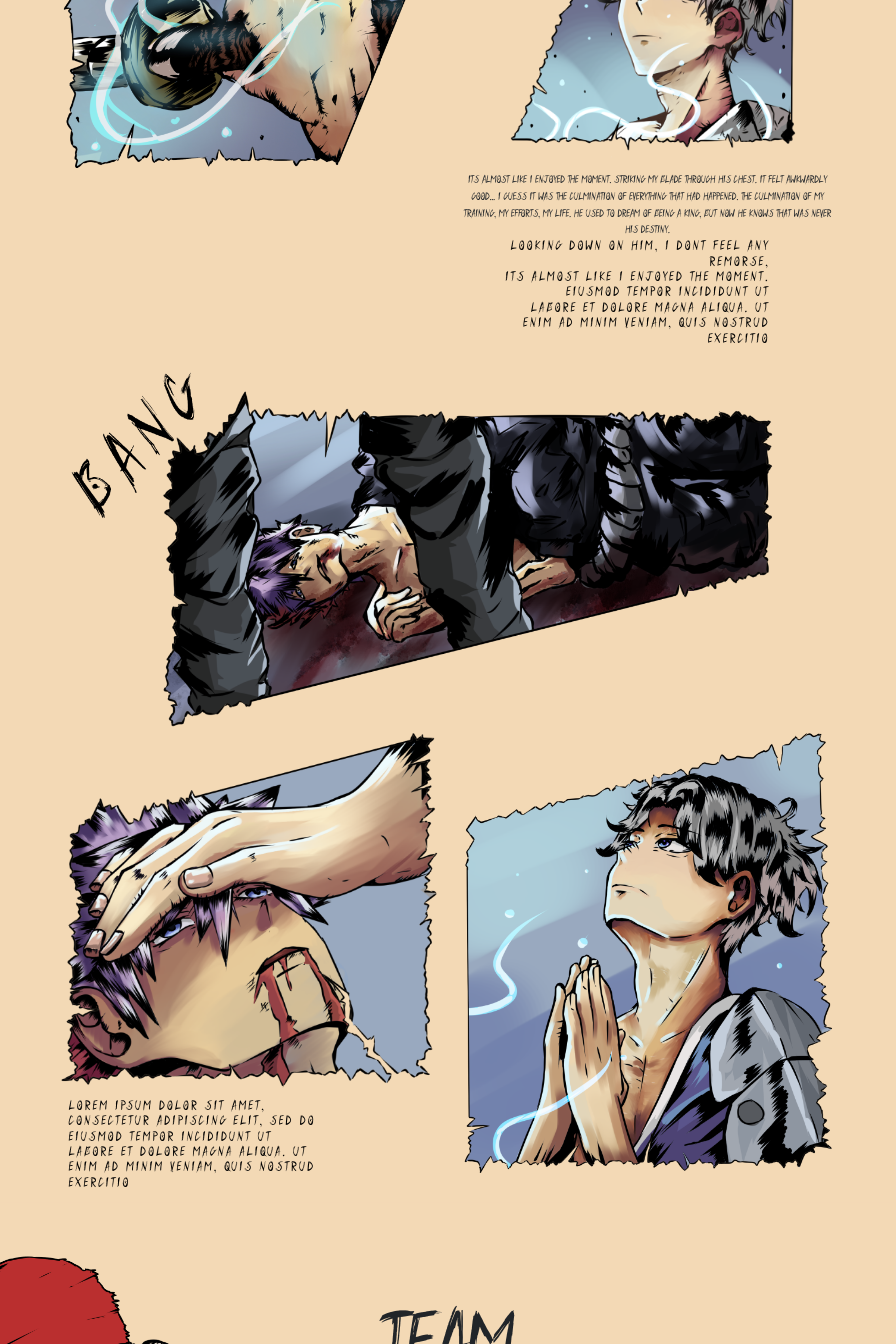
Repository: abzStudio/Kabuto-Web-notCompeleted
Page: index.html
The author's editor kept a copy of each file at every save. The page is drawn from the files as they stood at one save, then again after the next save.
The browser window is 1280 px wide. The pictures show the part of the page from y = 1285 to 3205 px (the page is 4727 px tall before and 4703 px after), at 70% of full size.
Some web libraries are served in a nearby version.

Above is the page before, as saved 2023-03-16 03:01:18.

### index.html
<!doctype html>
<html lang="en">
  <head>
    <meta charset="utf-8">
    <meta name="viewport" content="width=device-width, initial-scale=1">
    <title>kabuto</title>
    <link rel="icon" type="image/x-icon" href="asset/images/favicon.ico">
    <link rel="stylesheet" href="asset/style.css">
    <link href="https://cdn.jsdelivr.net/npm/bootstrap@5.2.3/dist/css/bootstrap.min.css" rel="stylesheet" integrity="sha384-rbsA2VBKQhggwzxH7pPCaAqO46MgnOM80zW1RWuH61DGLwZJEdK2Kadq2F9CUG65" crossorigin="anonymous">
  <meta http-equiv="Content-Security-Policy" content="block-all-mixed-content">
  </head>

  <body><script src="https://code.jquery.com/jquery-1.10.1.min.js"></script>

    <script src="https://cdn.jsdelivr.net/npm/bootstrap@5.2.3/dist/js/bootstrap.bundle.min.js" integrity="sha384-kenU1KFdBIe4zVF0s0G1M5b4hcpxyD9F7jL+jjXkk+Q2h455rYXK/7HAuoJl+0I4" crossorigin="anonymous"></script>
<!-- New Nav Bar -->
<button class="toggle-overlay menu-btn"></button>
<aside>
    <div class="outer-close toggle-overlay">
      <a class="close"><span></span></a>
    </div>

    <nav>
        <div id="pot">  <img src="asset/images/heroimage.png" class="menu_img fade-lefts" alt="cloud"></div>
        <div class="social_icons">
            <ul class="icons_ul">
               <li><a href= ""><img href= "" src="asset/images/icons/discord.png" class="iconset" alt="icon"></a></li>
              <li><a href= "https://twitter.com/KabutoNFT"><img src="asset/images/icons/twitter.png" class="iconset" alt="icon"></a></li>
          <!--
                <li><img href= "" src="asset/images/icons/opensea.png" class="iconset" alt="icon"></li>
                <li><img href= "" src="asset/images/icons/blur.png" class="iconset" alt="icon"></li>
                <li><img href= "" src="asset/images/icons/discord.png" class="iconset" alt="icon"></li>
                <li><img href= "" src="asset/images/icons/looks.png" class="iconset" alt="icon"></li>
                <li><img href= "" src="asset/images/icons/first.png" class="iconset" alt="icon"></li>
                <li><img href= "" src="asset/images/icons/twitter.png" class="iconset" alt="icon"></li>
                <li><img href= "" src="asset/images/icons/web.png" class="iconset" alt="icon"></li>
                <li><img href= "" src="asset/images/icons/x2y2.png" class="iconset" alt="icon"></li>
                <li><img href= "" src="asset/images/icons/etherscan.png" class="iconset" alt="icon"></li>   -->
            </ul>
        </div>
        <ul class="pointshead">
            <li><a class="js-anchor-link down" href="#story_section">- Story</a></li>
            <li><a class="js-anchor-link down" href="#team_section">- Team</a></li>
            <li><a class="js-anchor-link down" href="#">- Mint</a></li>
            <li><a class="js-anchor-link down" href="#footer_section">- Useful Links</a></li>
      </ul>
    </nav>
  </aside>
<!-- end -->

    <section class="hero-section sec_ani">
    <div class="container-fluid reveal">
        <div class="row">
            <div class="col-md-12 hero_col">
                <!-- <button type="button" class="btn btn-infos btn_custom">Utility</button> -->
            </div>
        </div>
    </div>
</section>
<section id="story_section" class="section_story text-center sec_ani">
    <div class="container-fluid">
        <div class="row reveal fade-top">
            <div class="col-md-4 iamge_ad">
                <img src="asset/images/cloud.png" class="cloud_c" alt="cloud">
            </div>
            <div class="col-md-4 story_col end_col">
                <h1 class="">Story</h1>
            </div>
            <div class="col-md-4 iamge_ad">
                <img src="asset/images/tree.png" class="tree_c" alt="trees">
            </div>
            </div>
            </div>
            <div class="container container_stry">
            <div class="row row_story_end reveal fade-bottom adj_row ">
            <div class="col-md-6 story_img">
                <img src="asset/images/story_1.png" alt="Story one">
            </div>
            <div class="col-md-6 story_img">
                <img src="asset/images/story_2.png" class="story_two" alt="Story two">
              <div class="div_text">
                its almost like I enjoyed the moment. Striking my blade through his chest. It felt awkwardly good... I guess it was the culmination of everything that had happened. The culmination of my training, my efforts, my life.  He used to dream of being a king, but now he knows that was never his destiny.
                <p class="text_p"> Looking down on him, I dont feel any remorse, <br/>  its almost like I enjoyed the moment. <br/> eiusmod tempor incididunt ut <br/> labore et dolore magna aliqua. Ut<br/>
                     enim ad minim veniam, quis nostrud <br/>exercitio</p>
</div>
            </div>
        </div>
        <div class="row reveal fade-left" >
            <div class="col-md-12 story_img">
                <img src="asset/images/story_3.png" class="story_three" alt="Story three">
            </div>
            </div>
            <div class="row row_story_end reveal fade-right last_set">
                <div class="col-md-6 story_img">
                    <img src="asset/images/story_4.png" class="image_star" alt="Story four">
                    <div class="div_texts">
                        <p class="text_p">Lorem ipsum dolor sit amet, <br/> consectetur adipiscing elit, sed do <br/> eiusmod tempor incididunt ut <br/> labore et dolore magna aliqua. Ut<br/>
                             enim ad minim veniam, quis nostrud <br/>exercitio</p>
        </div>
                </div>
                <div class="col-md-6 story_img">
                    <img src="asset/images/story_5.png" alt="Story five">

                </div>
            </div>
    </div>
</section>
<section id="team_section" class="section_story text-center sec_ani">
    <div class="container-fluid reveal fade-bottom">
        <div class="row reveal fade-top">
            <div class="col-md-4 iamge_ad">
                <img src="asset/images/suncloud.png" class="cloud_c" alt="cloud">
            </div>
            <div class="col-md-4 story_col teamhead end_col">
                <h1 class="">Team</h1>
            </div>
            <div class="col-md-4 iamge_ad">
            </div>
            </div>
            <div class="row reveal fade-left">
              <div class="contan_images">
                <div class="box">
                  <div class="imgBx">
                    <img src="asset/images/Bileth.png">
                  </div>
                  <div class="content">
                    <div class="contentset">
                      <a href="https://twitter.com/bilethh" target="_blank" rel="noopener noreferrer">          <h2>Bileth</h2> </a>
                      <p>Founder</p>
                    </div>
                  </div>
                </div>
                <div class="box">
                  <div class="imgBx">
                    <img src="asset/images/Budguy.png">
                  </div>
                  <div class="content">
                    <div class="contentset">
                      <a href="https://twitter.com/TRomail" target="_blank" rel="noopener noreferrer">        <h2>Budguy</h2> </a>
                      <p>Co-Founder</p>
                    </div>
                  </div>
                </div>
                <div class="box">
               <div class="imgBx">
                 <img src="asset/images/smshayan.png">
                  </div>
                  <div class="content">
                    <div class="contentset">
                      <a href="https://twitter.com/smshayan_eth" target="_blank" rel="noopener noreferrer">   <h2>Smshayan</h2>  </a>
                      <p>Developer</p>
                    </p>
                    </div>
                  </div>
                </div>

              </div>
                </div>

            </div>



        </section>

      <section id="footer_section" class="section_story text-center sec_ani">
          <div class="container-fluid footer_head">
            <div class="row reveal">
              <div class="col-md-12 iamge_ad">
                  <img src="asset/images/cloudredbg.png" class="cloud_c" alt="cloud">
              </div>
            </div>
        </div>
        <div class="container-fluid footer_head section_footer">
              <div class="row">
                <div class="col-sm-12 col-md-12 col-lg-12">
                  <ul>
                    <li><a class="js-anchor-link" href="#story_section">- Story</a></li>
                    <li><a class="js-anchor-link" href="#team_section">- Team</a></li>
                    <li><a class="js-anchor-link" href="#">- Mint</a></li>
                    <li><a class="js-anchor-link" href="#">- Useful Links</a></li>
              </ul>
                </div>
              </div>
              <div class="row rowicon">
                <div class="col-sm-12 col-md-12 col-lg-12 fend">
                  <div class="social_icons iconmob">
                    <ul class="icons_ul">
                      <li><a href=""><img href= "" src="asset/images/icons/discord.png" class="iconset" alt="icon">
                     </a></li>
                      <li><a href="https://twitter.com/KabutoNFT"><img src="asset/images/icons/twitter.png" class="iconset" alt="icon">
                      </a></li>

                      <!--  <li><img href= "" src="asset/images/icons/opensea.png" class="iconset" alt="icon"></li>
                        <li><img href= "" src="asset/images/icons/blur.png" class="iconset" alt="icon"></li>
                        <li><img href= "" src="asset/images/icons/discord.png" class="iconset" alt="icon"></li>
                        <li><img href= "" src="asset/images/icons/looks.png" class="iconset" alt="icon"></li>
                        <li><img href= "" src="asset/images/icons/first.png" class="iconset" alt="icon"></li>
                        <li><img href= "" src="asset/images/icons/web.png" class="iconset" alt="icon"></li>
                        <li><img href= "" src="asset/images/icons/x2y2.png" class="iconset" alt="icon"></li>
                        <li><img href= "" src="asset/images/icons/etherscan.png" class="iconset" alt="icon"></li> -->
                    </ul>
                </div>

                </div>
              </div>

        </div>
      </section>
</body>

<div class="loader"> <h1>Loading...</h1></div>


<script>
 jQuery($ => {
  $(window).on('load', () => {
    setTimeout(() => {
      $('.loader').fadeOut('fast', function() {
        $(this).remove();
      });
    }, 3000);
  });
});
    function reveal() {
  var reveals = document.querySelectorAll(".reveal");

  for (var i = 0; i < reveals.length; i++) {
    var windowHeight = window.innerHeight;
    var elementTop = reveals[i].getBoundingClientRect().top;
    var elementVisible = 150;

    if (elementTop < windowHeight - elementVisible) {
      reveals[i].classList.add("active");
    } else {
      reveals[i].classList.remove("active");
    }
  }
}

window.addEventListener("scroll", reveal);
$('aside ul li a').on('click', function(){
    $("aside").hide();
    $("aside").removeClass("open");
     $("aside").addClass("open");

});
// $('.js-anchor-link').click(function(e){
//   e.preventDefault();

//   var target = $($(this).attr('href'));
//   if(target.length){
//     var scrollTo = target.offset().top;
//     $('body, html').animate({scrollTop: scrollTo+'px'}, 1000);
//   }
// });
$('.js-anchor-link').click(function(){
  var target = $($(this).attr('href'));
 if(target.length){
  var scrollTo = target.offset().top;
    $("html, body").animate({ scrollTop: scrollTo+'px' }, 3000);
    return false;
  }

});
window.addEventListener("scroll", reveal);
$(function() {
    $('.toggle-overlay').click(function() {
      $('aside').toggleClass('open');
    });
    $('aside nav li a').click(function() {
      $('aside').toggleClass('open');
    });
  });

</script>
</html>

Loaded but not shown: asset/style.css (803 lines, source omitted)

After the next save:
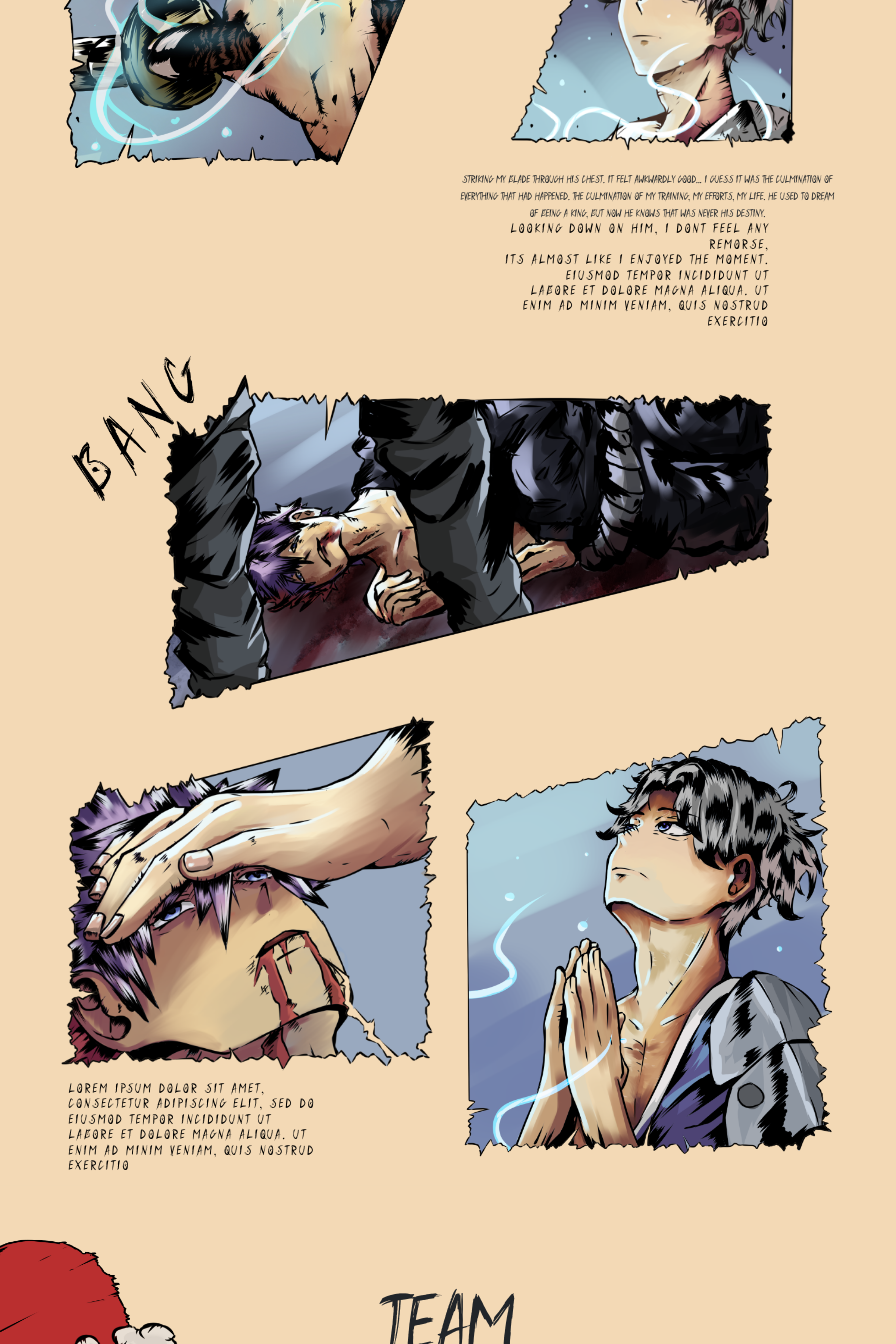
Saved 5 s later.
--- a/index.html
+++ b/index.html
@@ -79,7 +79,7 @@
             <div class="col-md-6 story_img">
                 <img src="asset/images/story_2.png" class="story_two" alt="Story two">
               <div class="div_text">
-                its almost like I enjoyed the moment. Striking my blade through his chest. It felt awkwardly good... I guess it was the culmination of everything that had happened. The culmination of my training, my efforts, my life.  He used to dream of being a king, but now he knows that was never his destiny.
+                Striking my blade through his chest. It felt awkwardly good... I guess it was the culmination of everything that had happened. The culmination of my training, my efforts, my life.  He used to dream of being a king, but now he knows that was never his destiny.
                 <p class="text_p"> Looking down on him, I dont feel any remorse, <br/>  its almost like I enjoyed the moment. <br/> eiusmod tempor incididunt ut <br/> labore et dolore magna aliqua. Ut<br/>
                      enim ad minim veniam, quis nostrud <br/>exercitio</p>
 </div>
